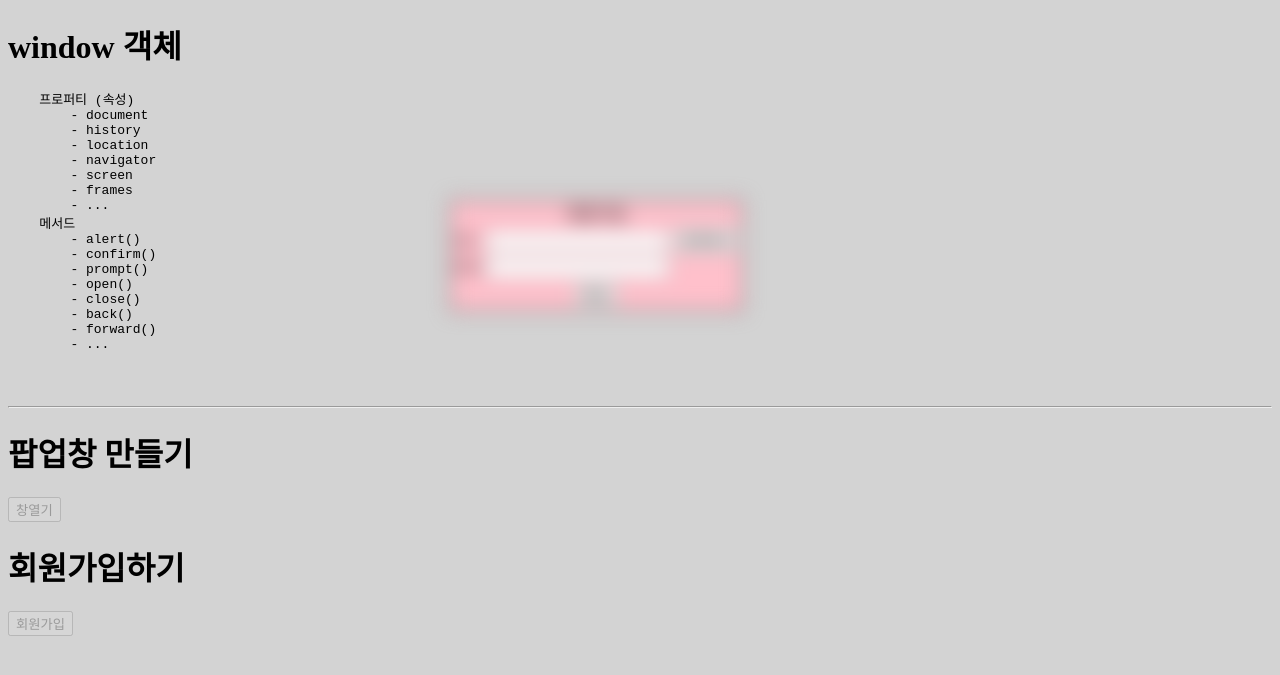
Repository: junewjdtn/TIL
Page: HTML+CSS/html_vscode_UI/4_JS_ec/JS/WebContent/js20_window01.html
The author's editor kept a copy of each file at every save. The page is drawn from the files as they stood at one save, then again after the next save.
The browser window is 1280 px wide. The pictures show the whole page.
After loading, the first visible `button[onclick="registForm();"]` was clicked once.

Above is the page before, as saved 2022-05-18 04:35:48.

After the next save:
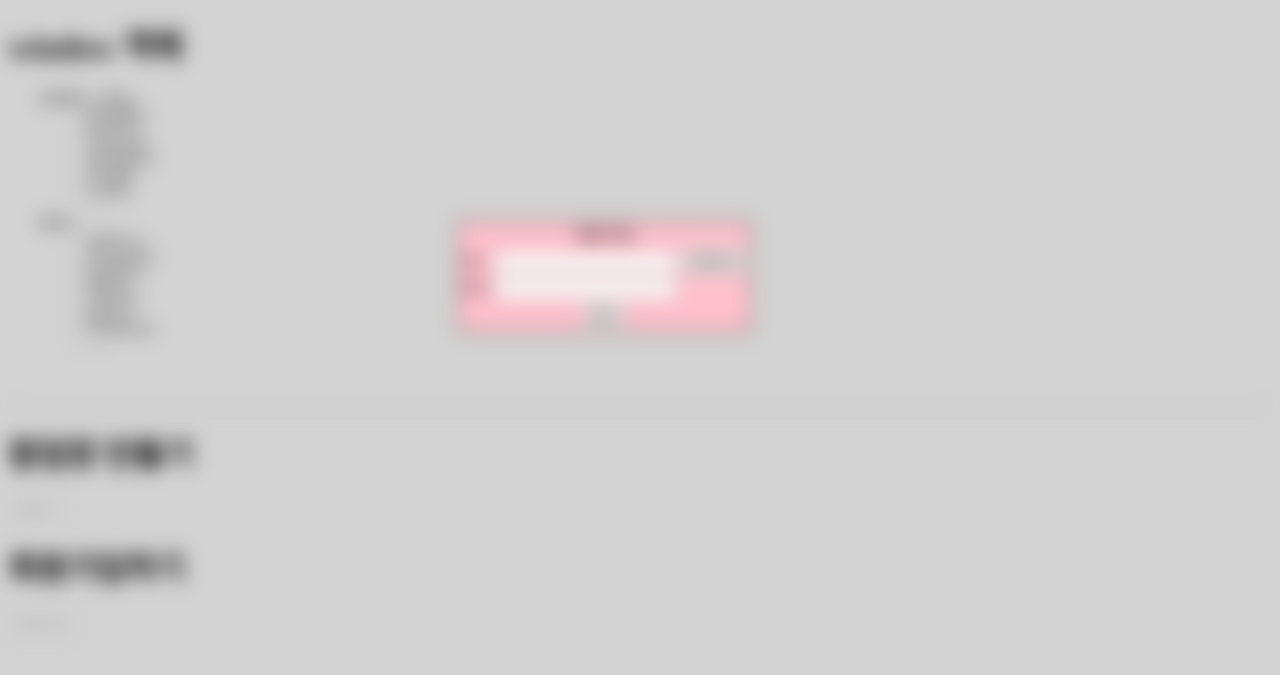
Saved 64 s later.
--- a/HTML+CSS/html_vscode_UI/4_JS_ec/JS/WebContent/js20_window01.html
+++ b/HTML+CSS/html_vscode_UI/4_JS_ec/JS/WebContent/js20_window01.html
@@ -13,7 +13,6 @@
     		top: 200px;
     		left: 450px;
     		display: none;
-    		filter : blur(10px);
 
     		/* visivility: hidden; */
     		/* display와 비슷하지만 공백이 추가 된다.(display는 실행조차를 하지 않지만 visivility는 요소를 나타내기 때문에 공백이 생김) */
@@ -26,6 +25,7 @@
         function registForm(){
         	document.getElementById("regist").style.display="block";
         	document.body.style.background = "lightgray";
+        	document.body.style.filter = "blur(10px)";
 
         	let btns = document.getElementsByName('btn');
         	for(let i in btns){
